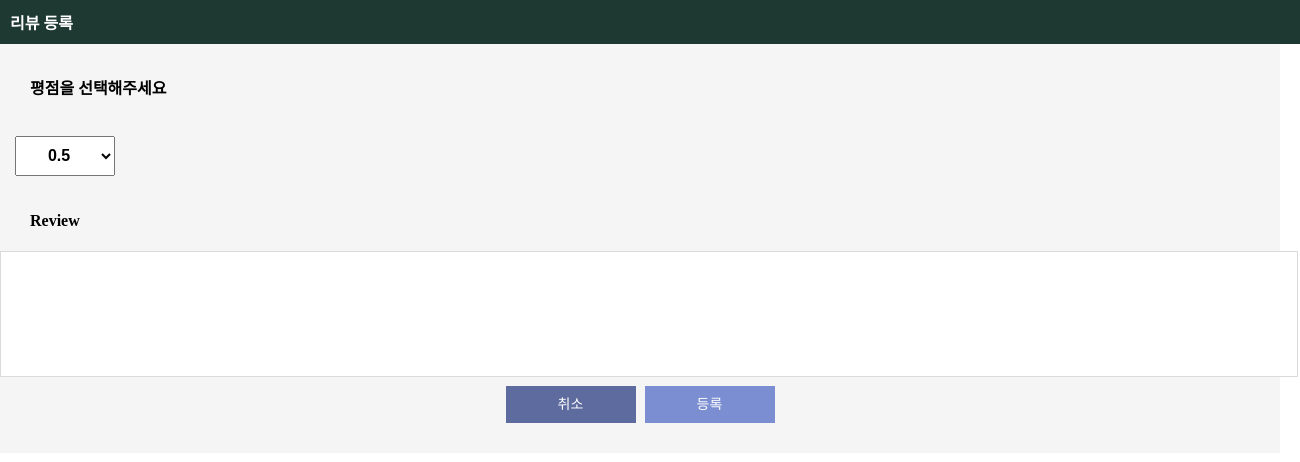
Repository: KimYoungHwans/Yproject
Page: http://localhost/Yproject/WEB-INF/views/replyEnroll.jsp
An editor plug-in stored every save of this project. The page is shown before and after the next save, followed by the edit.
The browser window is 1280 px wide. The page is 1300 px wide, so the pictures cover 1300 px, including what lies to the right of the window. The pictures show the whole page.
The page is served by Tomcat 9. Nobody is signed in. The template is opened directly, without the code that normally fills it, so the values that code supplies are empty.

Above is the page before, as saved 2023-01-18 07:14:46.

After the next save:
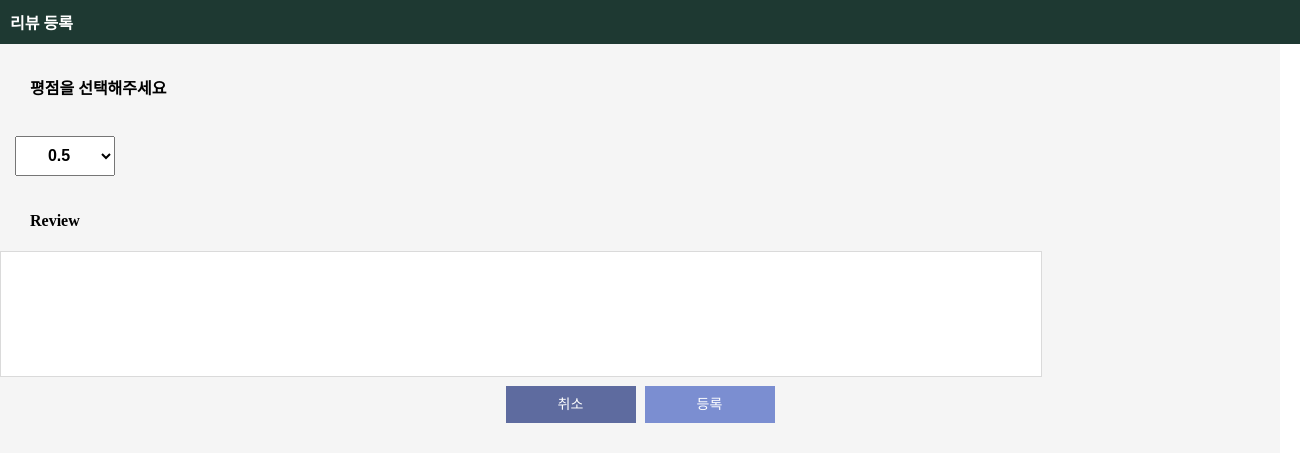
Saved 4 s later.
--- a/workspace/Yproject/src/main/webapp/WEB-INF/views/replyEnroll.jsp
+++ b/workspace/Yproject/src/main/webapp/WEB-INF/views/replyEnroll.jsp
@@ -89,7 +89,7 @@
   		margin-left : 30px;
   	}
   	textarea{
-		width: 100%;
+		width: 80%;
 	    height: 100px;
 	    border: 1px solid #dadada;
 	    padding: 12px 8px 12px 8px;
